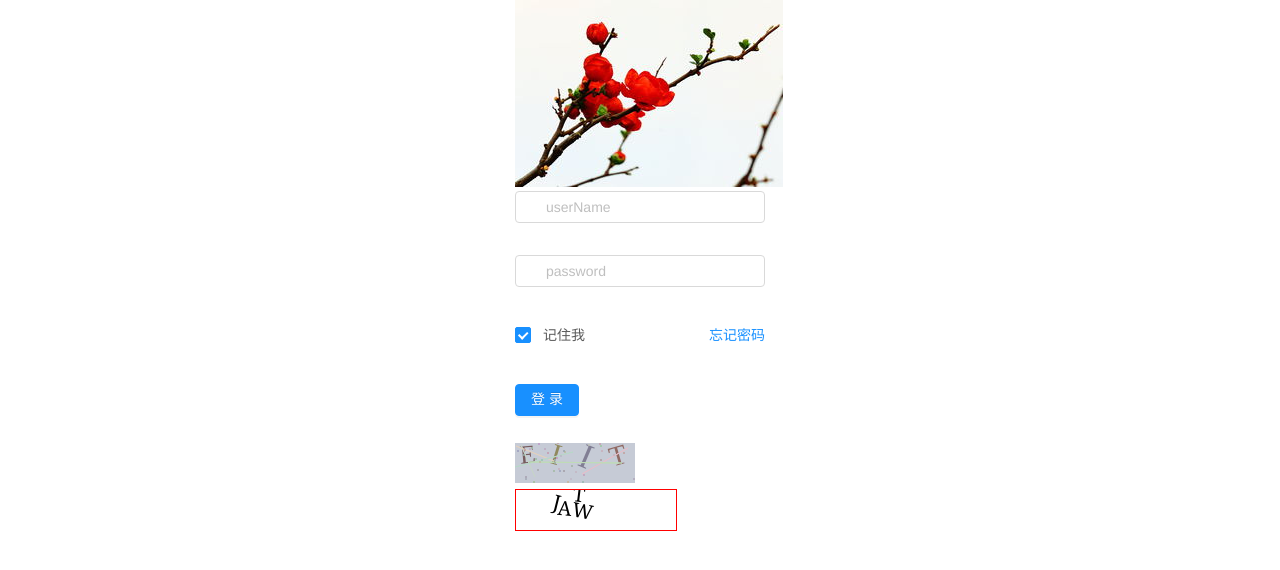
Repository: zhongdm/vue-vuex-antd
Page: /#/login
An editor plug-in stored every save of this project. The page is shown before and after the next save, followed by the edit.
The browser window is 1280 px wide. The pictures show the whole page.
The project was rebuilt for these pictures with package versions that can differ from the ones it lists, and the page was loaded fresh each time.

Above is the page before, as saved 2019-03-15 14:34:03.

### index.html
<!DOCTYPE html>
<html>
  <head>
    <meta charset="utf-8">
    <meta name="viewport" content="width=device-width,initial-scale=1.0">
    <title>vue-vuex-antd</title>
  </head>
  <body>
    <div id="app"></div>
    <!-- built files will be auto injected -->
  </body>
</html>

### src/main.js
// The Vue build version to load with the `import` command
// (runtime-only or standalone) has been set in webpack.base.conf with an alias.
import Vue from 'vue'
import App from './App'
import router from './router'
import TestPlugin from './plugins-custom/TestPlugin'
import Antd from 'ant-design-vue'
import 'ant-design-vue/dist/antd.css'

Vue.config.productionTip = false
Vue.use(TestPlugin)
Vue.use(Antd)

/* eslint-disable no-new */
new Vue({
  el: '#app',
  router,
  components: { App },
  template: '<App/>'
})

### src/App.vue
<template>
  <div id="app">
    <router-view/>
  </div>
</template>

<script>
export default {
  name: 'App'
}
</script>

<style>
#app {
  font-family: 'Avenir', Helvetica, Arial, sans-serif;
  -webkit-font-smoothing: antialiased;
  -moz-osx-font-smoothing: grayscale;
  /* text-align: center; */
  color: #2c3e50;
  /* margin-top: 60px; */
}
</style>

### src/router/index.js
import Vue from 'vue'
import Router from 'vue-router'

Vue.use(Router)

const router = new Router({
  routes: [
    {
      path: '/login',
      name: 'Login',
      component: () => import('@/pages/Login')
    },
    {
      path: '/',
      component: () => import('@/pages/MainLayout'),
      children: [
        {
          path: '',
          component: () => import('@/pages/home/Info')
        },
        {
          path: 'settings',
          component: () => import('@/pages/settings/Settings'),
          children: [
            {
              path: '',
              redirect: 'user'
            },
            {
              path: 'user',
              name: 'User',
              component: () => import('@/pages/settings/User')
            },
            {
              path: 'role',
              name: 'Role',
              component: () => import('@/pages/settings/Role')
            }
          ]
        }
      ]
    }
  ]
})

// router.beforeEach((to, from, next) => {
//   console.log(to.path, from)
//   next()
// })
export default router

### src/plugins-custom/TestPlugin.js
let TestPlugin = {}
TestPlugin.install = function (Vue, options) {
  Vue.istest = function () {
    console.log('plugin test success')
  }
  Vue.prototype.logining = function () {
    console.log('loging')
  }
}

export default TestPlugin

### src/pages/Login.vue
<template>
  <div class="form-container">
    <img src="@/assets/images/plum.jpg">
    <a-form>
      <a-form-item>
        <a-input
          placeholder="userName">
          <a-icon slot="prefix" type="user"></a-icon>
        </a-input>
      </a-form-item>
      <a-form-item>
        <a-input
          placeholder="password">
          <a-icon slot="prefix" type="lock"></a-icon>
        </a-input>
      </a-form-item>
      <a-form-item>
        <a-checkbox :checked="isRemember" @change="toggleRemember" class="username-remember">
          记住我
        </a-checkbox>
        <a href="" class="login-password-forgot">忘记密码</a>
      </a-form-item>
      <a-form-item>
        <a-button type="primary" @click="handleLogin">登录</a-button>
      </a-form-item>
    </a-form>
    <ImgVerify @imgCode="imgCode" ref="imgVerify"/>
    <CustomVal />
  </div>
</template>

<script>
export default {
  data () {
    return {
      isRemember: true
    }
  },
  mounted () {
  },
  methods: {
    handleLogin () {
      this.$router.push('/')
    },
    toggleRemember () {
      this.isRemember = !this.isRemember
    },
    imgCode (code) {
      console.log(code)
    },
    handleClick () {
      this.$refs.imgVerify.draw()
    }
  },
  components: {
    ImgVerify: () => import('@/components/ValidationCode'),
    CustomVal: () => import('@/components/CustomValidationCode')
  }
}
</script>

<style lang="stylus" scoped>
  .form-container
    width 250px
    margin 0 auto
    .username-remember
      float left
    .login-password-forgot
      float right
</style>

### src/components/ValidationCode.vue
<template>
  <div class="img-verify">
    <canvas
      ref="verify"
      :width="width"
      :height="height"
      @click="handleDraw"></canvas>
  </div>
</template>

<script type="text/ecmascript-6">
  export default {
    data() {
      return {
        pool: 'ABCDEFGHIJKLMNOPQRSTUVWXYZ1234567890', // 字符串
        width: 120,
        height: 40
      }
    },
    mounted() {
      this.draw()
    },
    methods: {
      // 1.随机数
      randomNum(min, max) {
        return parseInt(Math.random() * (max - min) + min)
      },
      // 2.随机颜色
      randomColor(min, max) {
        const r = this.randomNum(min, max)
        const g = this.randomNum(min, max)
        const b = this.randomNum(min, max)
        return `rgb(${r},${g},${b})`
      },
      // 点击图片重新绘制
      handleDraw() {
        this.draw()
      },
      // 绘制图片
      draw() {
        // 3.填充背景颜色，背景颜色要浅一点
        const ctx = this.$refs.verify.getContext('2d')
        // 填充颜色
        ctx.fillStyle = this.randomColor(180, 230)
        // 填充的位置
        ctx.fillRect(0, 0, this.width, this.height)
        // 定义paramText
        let imgCode = ''
        // 4.随机产生字符串，并且随机旋转
        for (let i = 0; i < 4; i++) {
          // 随机的四个字
          const text = this.pool[this.randomNum(0, this.pool.length)]
          imgCode += text
          // 随机的字体大小
          const fontSize = this.randomNum(18, 40)
          // 字体随机的旋转角度
          const deg = this.randomNum(-30, 30)
          /*
           * 绘制文字并让四个文字在不同的位置显示的思路 :
           * 1、定义字体
           * 2、定义对齐方式
           * 3、填充不同的颜色
           * 4、保存当前的状态（以防止以上的状态受影响）
           * 5、平移translate()
           * 6、旋转 rotate()
           * 7、填充文字
           * 8、restore出栈
           * */
          ctx.font = fontSize + 'px Simhei'
          ctx.textBaseline = 'top'
          ctx.fillStyle = this.randomColor(80, 150)
          /*
           * save() 方法把当前状态的一份拷贝压入到一个保存图像状态的栈中。
           * 这就允许您临时地改变图像状态，
           * 然后，通过调用 restore() 来恢复以前的值。
           * save是入栈，restore是出栈。
           * 用来保存Canvas的状态。save之后，可以调用Canvas的平移、放缩、旋转、错切、裁剪等操作。 restore：用来恢复Canvas之前保存的状态。防止save后对Canvas执行的操作对后续的绘制有影响。
           *
           * */
          ctx.save()
          ctx.translate(30 * i + 15, 15)
          ctx.rotate(deg * Math.PI / 180)
          // fillText() 方法在画布上绘制填色的文本。文本的默认颜色是黑色。
          // 请使用 font 属性来定义字体和字号，并使用 fillStyle 属性以另一种颜色/渐变来渲染文本。
          // context.fillText(text,x,y,maxWidth);
          ctx.fillText(text, -15 + 5, -15)
          ctx.restore()
        }
        // 5.随机产生5条干扰线,干扰线的颜色要浅一点
        for (let i = 0; i < 5; i++) {
          ctx.beginPath()
          ctx.moveTo(this.randomNum(0, this.width), this.randomNum(0, this.height))
          ctx.lineTo(this.randomNum(0, this.width), this.randomNum(0, this.height))
          ctx.strokeStyle = this.randomColor(180, 230)
          ctx.closePath()
          ctx.stroke()
        }
        // 6.随机产生40个干扰的小点
        for (let i = 0; i < 40; i++) {
          ctx.beginPath()
          ctx.arc(this.randomNum(0, this.width), this.randomNum(0, this.height), 1, 0, 2 * Math.PI)
          ctx.closePath()
          ctx.fillStyle = this.randomColor(150, 200)
          ctx.fill()
        }
        // 将生成的四个字传递给父组件
        this.$emit('imgCode', imgCode)
      }
    }
  }
</script>
<style type="text/css">
  .img-verify canvas {
    cursor: pointer;
  }
</style>

### src/components/CustomValidationCode.vue
<template>
  <div>
    <canvas @click="handleCanvasClick" id="canvas"
    width="160" height="40">

    </canvas>
  </div>
</template>

<script>
export default {
  name: 'ValidationCode',
  data () {
    return {
      baseData: 'ABCDEFGHIJKLMNOPQRSTUWVXYZ'
    }
  },
  mounted () {
    this.draw()
  },
  methods: {
    draw () {
      let canvas = document.getElementById('canvas')
      let cxt = canvas.getContext('2d')
      cxt.clearRect(0, 0, 160, 40)
      cxt.font = "20px Georgia"
      /**
       * 随机的位置
       * 随机的文本text
       * 随机的旋转角度
       * 随机的字体大小和颜色
       */

      /**
       * 随机填充的数字和字母
       * Math.random() * 26 + 65
       */
      // let text = String.fromCharCode(this.getIntRandom(26, 'A'.charCodeAt()))
      // cxt.rotate(this.getIntRandom(30) * Math.PI / 180)
      // cxt.fillText(text, 60, 20)

      for (let i = 0; i < 4; i++) {
        let text = String.fromCharCode(this.getIntRandom(26, 'A'.charCodeAt()))
        let angle = this.getIntRandom(20, -10)
        cxt.rotate(angle * Math.PI / 180)
        let pointX = this.getIntRandom(100, angle > 0 ? 30 : 0)
        let pointY = this.getIntRandom(20, angle > 0 ? 0 : 20)
        console.log(text, angle, pointX, pointY)
        cxt.fillText(text, pointX, pointY)

      }
    },
    getIntRandom (len, start = 0) {
      return Math.floor(Math.random() * (len)) + start
    },
    handleCanvasClick () {
      console.log('clicked')
      this.draw()
    }
  }
}
</script>

<style lang="stylus" scoped>
#canvas {
  // width 160px
  // height 40px
  border 1px solid red
}
</style>

After the next save:
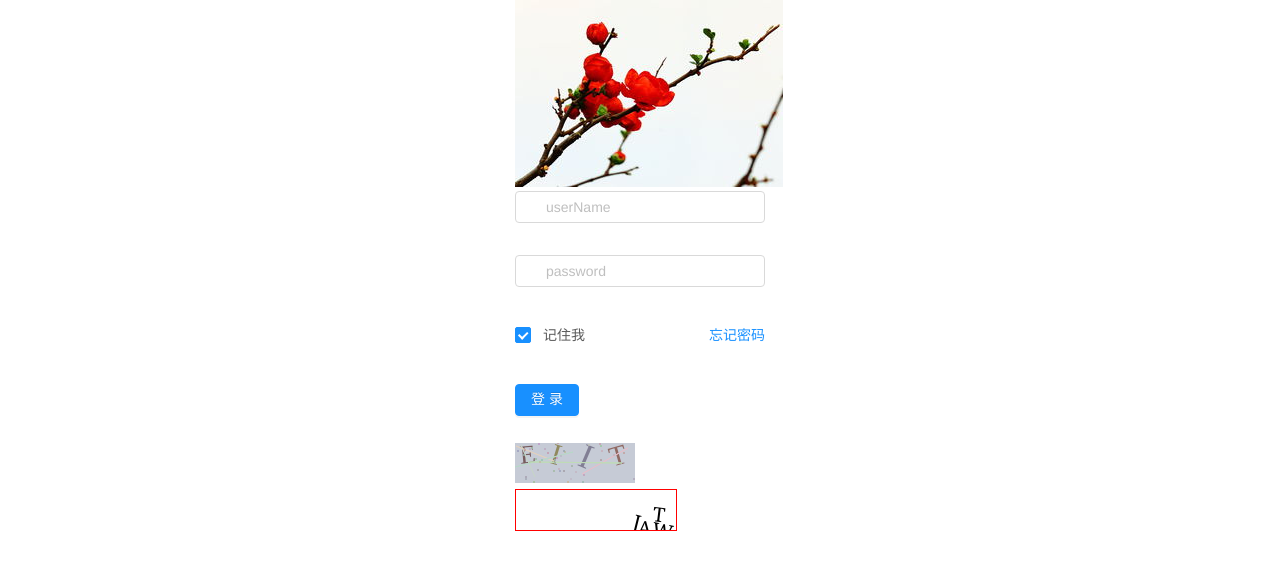
Saved 114 s later.
--- a/src/components/CustomValidationCode.vue
+++ b/src/components/CustomValidationCode.vue
@@ -38,7 +38,7 @@ export default {
       // let text = String.fromCharCode(this.getIntRandom(26, 'A'.charCodeAt()))
       // cxt.rotate(this.getIntRandom(30) * Math.PI / 180)
       // cxt.fillText(text, 60, 20)
-
+      cxt.translate(80, 20)
       for (let i = 0; i < 4; i++) {
         let text = String.fromCharCode(this.getIntRandom(26, 'A'.charCodeAt()))
         let angle = this.getIntRandom(20, -10)
